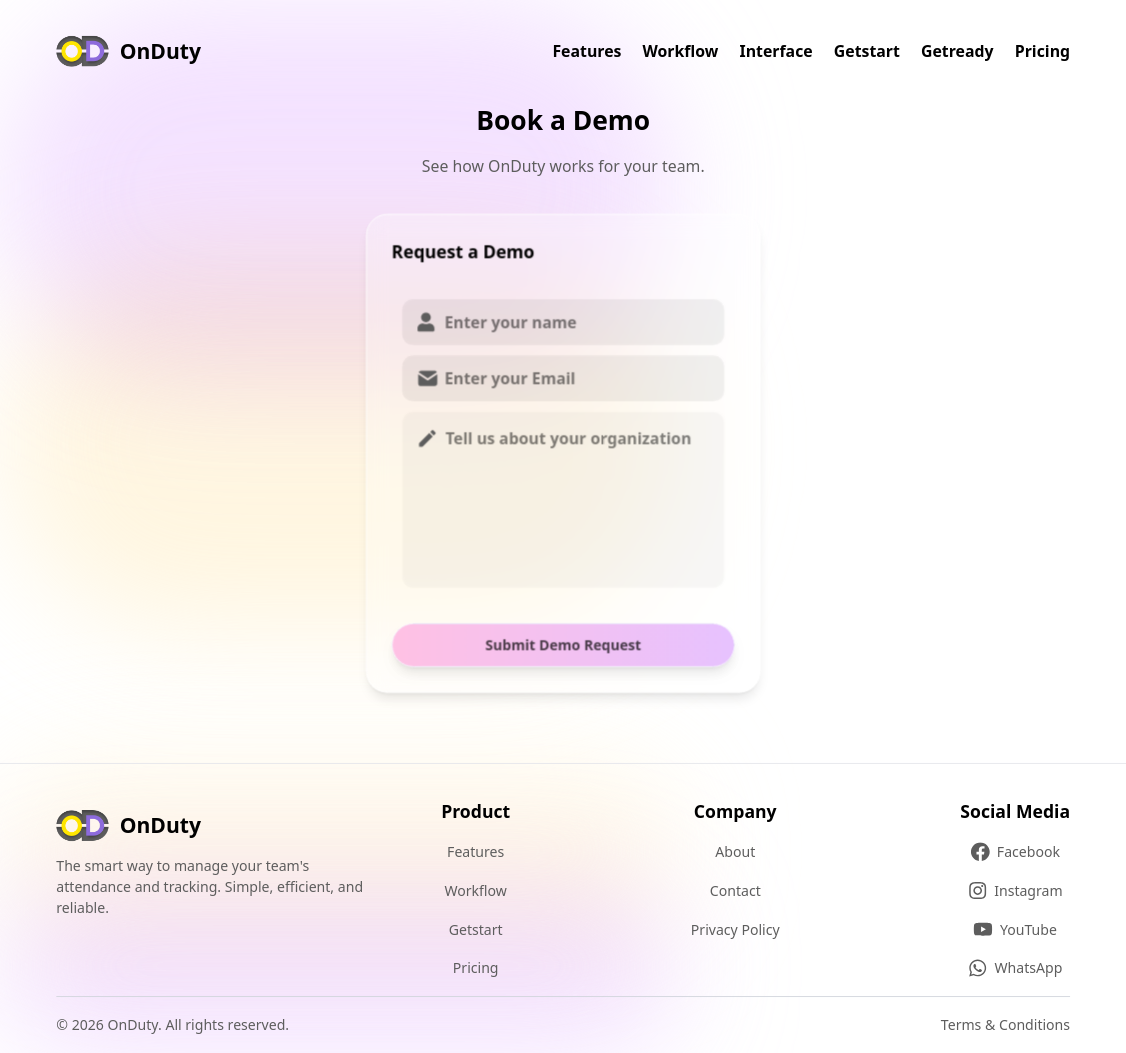
Repository: shekharzorin/ONDUTY-V1
Page: /bookdemo
The author's editor kept a copy of each file at every save. The page is drawn from the files as they stood at one save, then again after the next save.
The browser window is 1280 px wide. The pictures show the whole page, at 88% of full size.
The project was rebuilt for these pictures with package versions that can differ from the ones it lists, and the page was loaded fresh each time. The framework's server and built-in components were replaced by stand-ins that run in the browser. Also part of the build but not shown: next.config.mjs, vite.config.js, app/components/ui/Crossicon.tsx.

Above is the page before, as saved 2026-01-17 18:14:03.

### app/layout.tsx
import type { Metadata } from "next";
import { Geist, Geist_Mono } from "next/font/google";
import "./globals.css";
import Navbar from "./components/header/Navbar";

const geistSans = Geist({
  variable: "--font-geist-sans",
  subsets: ["latin"],
});

const geistMono = Geist_Mono({
  variable: "--font-geist-mono",
  subsets: ["latin"],
});

export const metadata: Metadata = {
  title: "Create Next App",
  description: "Generated by create next app",
};

export default function RootLayout({
  children,
}: Readonly<{
  children: React.ReactNode;
}>) {
  return (
    <html lang="en">
      <body
        className={`${geistSans.variable} ${geistMono.variable} antialiased`}
      >
        <Navbar />
        {children}
      </body>
    </html>
  );
}

### app/bookdemo/page.tsx
import Footer from "../components/footer/footer";
import Bookdemo from "../components/sections/bookdemo";

const page = () => {
  return (
    <div className="flex flex-col">
      <Bookdemo />
      <Footer />
    </div>
  );
};

export default page;

### app/globals.css
@import "tailwindcss";

:root {
  --color-primary: #8d6bdc;
  --color-secondary: #e0d4ff;
  --color-bg: #efefef;
  --color-sidebar: #ffffff;
  --color-gray: #5d5d5d;
}

html {
  scroll-behavior: smooth;
}




.flip-card {
  perspective: 1000px;
}

.flip-card-inner {
  transform-style: preserve-3d;
}

.flip-card-front,
.flip-card-back {
  position: absolute;
  width:auto;
  height:auto;
  backface-visibility: hidden;
}

.flip-card-back {
  transform: rotateY(180deg);
}

### app/components/header/Navbar.tsx
"use client";

import Logo from "@/public/images/od_logo.png";
import Image from "next/image";
import Link from "next/link";
import { usePathname } from "next/navigation";
import { useEffect, useState } from "react";
import { MdMenu } from "react-icons/md";
import { motion, AnimatePresence } from "framer-motion";
import { useRouter } from "next/navigation";
import Crossicon from "../ui/Crossicon";

export const navLinks = [
  { name: "Features", id: "features" },
  { name: "Workflow", id: "workflow" },
  { name: "Interface", id: "interface" },
  { name: "Getstart", id: "getstart" },
  { name: "Getready", id: "getready" },
  { name: "Pricing", path: "/pricing/" },
];

const Navbar = () => {
  const pathname = usePathname();
  const [isScrolled, setIsScrolled] = useState(false);
  const [isNavOpen, setIsNavOpen] = useState(false);
  const router = useRouter();
  const [activeSection, setActiveSection] = useState<string | null>(null);

  const handleScrollNav = (id: string) => {
    setActiveSection(id);
    router.push(`/#${id}`);
  };

  useEffect(() => {
    if (pathname !== "/") {
      setActiveSection(null);
    }
  }, [pathname]);

  useEffect(() => {
    if (pathname !== "/") return;
    const hash = window.location.hash.replace("#", "");
    if (hash) {
      setActiveSection(hash);
    } else {
      setActiveSection("features");
    }
  }, [pathname]);

  useEffect(() => {
    const handleScroll = () => setIsScrolled(window.scrollY > 20);
    window.addEventListener("scroll", handleScroll);
    return () => window.removeEventListener("scroll", handleScroll);
  }, []);

  useEffect(() => {
    if (isNavOpen) {
      document.body.style.overflow = "hidden";
    } else {
      document.body.style.overflow = "";
    }
    return () => {
      document.body.style.overflow = "";
    };
  }, [isNavOpen]);

  useEffect(() => {
    if (pathname !== "/") return;

    const sections = [
      "features",
      "workflow",
      "interface",
      "getready",
      "getstart",
    ];
    let locked = true;

    const unlock = () => (locked = false);
    window.addEventListener("scroll", unlock, { once: true });

    const observer = new IntersectionObserver(
      (entries) => {
        if (locked) return;

        entries.forEach((entry) => {
          if (entry.isIntersecting) {
            const id = entry.target.id;

            // 1️⃣ Update active state
            setActiveSection(id);

            // 2️⃣ Update URL hash WITHOUT navigation
            router.replace(`/#${id}`, { scroll: false });
          }
        });
      },
      {
        rootMargin: "-45% 0px -45% 0px",
        threshold: 0,
      }
    );

    sections.forEach((id) => {
      const el = document.getElementById(id);
      if (el) observer.observe(el);
    });

    return () => observer.disconnect();
  }, [pathname, router]);

  return (
    <header
      className={`fixed top-0 left-0 right-0 z-50 border-b transition-all ${
        isScrolled
          ? "bg-transparent backdrop-blur-md border-white shadow-lg py-0"
          : "bg-transparent border-transparent py-5"
      }`}
    >
      <div className="mx-auto w-full px-4 sm:px-6 md:px-8 lg:px-12 xl:px-16 2xl:px-24 max-w-384 py-2 flex items-center justify-between">
        <div className="flex gap-2 lg:gap-3 items-center">
          <Image
            src={Logo}
            alt="Onduty Logo"
            height={60}
            width={60}
            className="flex h-10 w-10 md:h-12 md:w-12 lg:h-15 lg:w-15"
          />
          <h1 className="text-2xl lg:text-2xl font-bold">OnDuty</h1>
        </div>

        {/* Desktop Navbar */}
        <nav className="hidden lg:flex gap-6">
          {navLinks.map((item) => {
            // SCROLL ITEM
            if (item.id) {
              return (
                <button
                  key={item.id}
                  onClick={() => handleScrollNav(item.id)}
                  className={`relative lg:font-semibold xl:font-bold text-lg transition-colors duration-300
                    after:absolute after:left-0 after:-bottom-1 after:h-1
                    after:rounded-full after:bg-(--color-primary)
                    after:transition-all after:duration-300
                    ${
                      activeSection === item.id && pathname === "/"
                        ? "text-(--color-primary)"
                        : "after:w-0 hover:after:w-full"
                    }
                  `}
                >
                  {item.name}
                </button>
              );
            }

            // ROUTE ITEM
            const isActive = pathname === item.path;

            return (
              <Link
                key={item.path}
                href={item.path!}
                className={`relative lg:font-semibold xl:font-bold text-lg transition-colors duration-300
                  after:absolute after:left-0 after:-bottom-1 after:h-1
                  after:rounded-full after:bg-(--color-primary)
                  after:transition-all after:duration-300
                  ${
                    isActive
                      ? "text-(--color-primary)"
                      : "after:w-0 hover:after:w-full"
                  }
                `}
              >
                {item.name}
              </Link>
            );
          })}
        </nav>

        <div className="lg:hidden gap-3">
          <div
            onClick={() => setIsNavOpen(true)}
            className="flex p-1 lg:hidden bg-(--color-secondary) rounded-full border-white border justify-center items-center"
          >
            <MdMenu size={28} className="opacity-10 animate-pulse" />
          </div>

          <AnimatePresence>
            {isNavOpen && (
              <motion.div
                className="fixed inset-0 backdrop-blur-sm bg-black/30 flex justify-end h-screen"
                initial={{ opacity: 0 }}
                animate={{ opacity: 1 }}
                exit={{ opacity: 1 }}
                transition={{ duration: 0.6 }}
              >
                {/* Drawer */}
                <motion.div
                  className="relative w-[70%] md:w-[60%] bg-(--color-sidebar) h-full flex items-center"
                  initial={{ x: "100%" }}
                  animate={{ x: 0 }}
                  exit={{ x: "100%" }}
                  onClick={(e: any) => e.stopPropagation()}
                  transition={{
                    duration: 0.35,
                    ease: "easeInOut",
                  }}
                >
                  {/* Close button */}
                  <div className="flex absolute top-7.25 right-4 md:right-8 lg:hidden z-20 ">
                    <Crossicon onClick={() => setIsNavOpen(false)} />
                  </div>

                  {/* Mobile Navbar */}
                  <nav className="flex flex-col gap-10 p-10 mt-10 w-full">
                    {navLinks.map((item) => {
                      if (item.id) {
                        return (
                          <button
                            key={item.id}
                            onClick={() => {
                              handleScrollNav(item.id);
                              setIsNavOpen(false);
                            }}
                            className={`py-2 w-full relative text-lg font-semibold md:font-bold text-left transition-colors
                              ${
                                activeSection === item.id && pathname === "/"
                                  ? "text-(--color-primary)"
                                  : "text-black/80 hover:text-(--color-primary)"
                              }
                            `}
                          >
                            {item.name}
                          </button>
                        );
                      }

                      const isActive = pathname === item.path;

                      return (
                        <Link
                          key={item.path}
                          href={item.path!}
                          onClick={() => setIsNavOpen(false)}
                          className={`relative text-lg font-semibold md:font-bold py-2
                            ${isActive ? "text-(--color-primary)" : ""}
                          `}
                        >
                          {item.name}
                        </Link>
                      );
                    })}
                  </nav>
                </motion.div>
              </motion.div>
            )}
          </AnimatePresence>
        </div>
      </div>
    </header>
  );
};

export default Navbar;

### app/components/footer/footer.tsx
import Image from "next/image";
import Logo from "@/public/images/od_logo.png";
import Link from "next/link";
import { FaFacebook, FaInstagram, FaWhatsapp, FaYoutube } from "react-icons/fa";
import { ReactNode } from "react";

type FooterLink = {
  label: string;
  href: string;
  external?: boolean;
  icon?: ReactNode;
};

type FooterSection = {
  title: string;
  links: FooterLink[];
};

const footerLinks: FooterSection[] = [
  {
    title: "Product",
    links: [
      { label: "Features", href: "/#features" },
      { label: "Workflow", href: "/#workflow" },
      { label: "Getstart", href: "/#getstart" },
      { label: "Pricing", href: "/pricing/" },
    ],
  },
  {
    title: "Company",
    links: [
      { label: "About", href: "/about" },
      { label: "Contact", href: "/contact" },
      { label: "Privacy Policy", href: "/privacy&policy" },
    ],
  },
  {
    title: "Social Media",
    links: [
      {
        label: "Facebook",
        href: "https://www.facebook.com",
        external: true,
        icon: <FaFacebook size={22} />,
      },
      {
        label: "Instagram",
        href: "https://www.instagram.com",
        external: true,
        icon: <FaInstagram size={22} />,
      },
      {
        label: "YouTube",
        href: "https://www.youtube.com",
        external: true,
        icon: <FaYoutube size={22} />,
      },
      {
        label: "WhatsApp",
        href: "https://www.whatsapp.com",
        external: true,
        icon: <FaWhatsapp size={22} />,
      },
    ],
  },
];

const Footer = () => {
  return (
    <section
      id="footer"
      className="relative px-4 sm:px-6 md:px-8 lg:px-12 xl:px-16 2xl:px-24 max-w-384 w-full border-t border-gray-200"
    >
      {/* Background flare */}
      <div className="absolute top-0 left-1/2 -translate-x-1/2 w-full h-full max-w-7xl pointer-events-none -z-10">
        <div className="absolute bottom-0 w-[60%] h-[60%] bg-[#eccfff] rounded-full blur-3xl opacity-60 mix-blend-multiply filter" />
        <div className="absolute top-0 w-[60%] h-[60%] bg-[#fff4da] rounded-full blur-3xl opacity-60 mix-blend-multiply filter" />
      </div>

      <div className="flex flex-col pt-3 lg:pt-10 lg:flex-row lg:justify-between gap-5 lg:gap-20">
        <div className="flex flex-col gap-1 w-full lg:w-[50%]">
          <div className="flex gap-2 lg:gap-3 items-center">
            <Image
              src={Logo}
              alt="Onduty Logo"
              height={60}
              width={60}
              className="flex h-10 w-10 md:h-12 md:w-12 lg:h-15 lg:w-15"
            />
            <h1 className="text-2xl lg:text-2xl font-bold">OnDuty</h1>
          </div>
          <p className="text-(--color-gray)">
            The smart way to manage your team's attendance and tracking. Simple,
            efficient, and reliable.
          </p>
        </div>

        <div className="flex flex-wrap text-(--color-gray) justify-between w-full gap-5 lg:px-0 text-center">
          {footerLinks.map((section) => (
            <div key={section.title} className="flex flex-col gap-5">
              <p className="text-black text-lg lg:text-xl font-semibold">
                {section.title}
              </p>

              {section.links.map((link) => (
                <Link
                  key={link.label}
                  href={link.href}
                  target={link.external === true ? "_blank" : undefined}
                  rel={
                    link.external === true ? "noopener noreferrer" : undefined
                  }
                  className="hover:text-(--color-primary) transition"
                >
                  <p className="flex items-center gap-2 justify-center">
                    {link.icon}
                    {link.label}
                  </p>
                </Link>
              ))}
            </div>
          ))}
        </div>
      </div>

      <hr className="text-gray-300 mt-5" />
      <div className="text-(--color-gray) flex flex-col md:flex-row md:justify-between gap-5 my-5">
        <p>© 2026 OnDuty. All rights reserved.</p>
        <Link href="#">
          <p>Terms & Conditions</p>
        </Link>
      </div>
    </section>
  );
};

export default Footer;

### app/components/sections/bookdemo.tsx
"use client";

import { FaUser } from "react-icons/fa";
import { TbMailFilled } from "react-icons/tb";
import Inputbox from "../ui/Inputbox";
import { useState } from "react";
import { MdEdit } from "react-icons/md";
import Button from "../ui/Button";
import { motion } from "framer-motion";

const Bookdemo = () => {
  const [form, setForm] = useState({
    name: "",
    email: "",
    message: "",
  });

  const handleChange = (field: string, value: string) => {
    setForm((prev) => ({ ...prev, [field]: value }));
    console.log(form);
  };

  return (
    <section className="flex flex-col gap-10 pb-20 px-4 sm:px-6 md:px-8 lg:px-12 xl:px-16 2xl:px-24 max-w-384 mx-auto items-center justify-center w-full">
      {/* Background flare */}
      <div className="absolute top-0 left-1/2 -translate-x-1/2 w-full h-full max-w-7xl pointer-events-none -z-10">
        <div className="absolute top-0 w-[60%] h-[60%] bg-[#eccfff] rounded-full blur-3xl opacity-60 mix-blend-multiply filter" />
        <div className="absolute bottom-0 w-[60%] h-[60%] bg-[#fff0cd] rounded-full blur-3xl opacity-60 mix-blend-multiply filter" />
      </div>

      <div className="flex flex-col items-center justify-center mt-30 text-center gap-5">
        <p className="text-2xl lg:text-3xl font-bold leading-[1.15] lg:text-balance justify-center items-center">
          Book a Demo
        </p>
        <p className="md:text-lg text-(--color-gray)">
          See how OnDuty works for your team.
        </p>
      </div>

      <motion.div
        initial={{ opacity: 0, scale: 0.5 }}
        animate={{ opacity: 1, scale: 1 }}
        transition={{ type: "spring", stiffness: 100, damping: 20 }}
        className="backdrop-blur-md border border-white bg-white/30 shadow-lg rounded-3xl p-7 flex flex-col gap-10 justify-center w-full max-w-md"
      >
        <p className="font-bold text-xl">Request a Demo</p>

        <form
          className="flex flex-col w-full h-full px-3 gap-3 items-center"
          onSubmit={(e) => e.preventDefault()}
        >
          <Inputbox
            icon={<FaUser size={22} />}
            value={form.name}
            onChange={(v) => handleChange("name", v)}
            placeholder="Enter your name"
            className="rounded-xl bg-black/3 font-semibold md:text-lg text-black"
          />
          <Inputbox
            icon={<TbMailFilled size={26} />}
            type="email"
            value={form.email}
            onChange={(v) => handleChange("email", v)}
            placeholder="Enter your Email"
            className="rounded-xl bg-black/3 font-semibold md:text-lg text-black"
          />

          <div className="flex w-full p-4 bg-black/3 rounded-xl gap-2 text-(--color-gray)">
            <MdEdit size={28} />
            <textarea
              placeholder="Tell us about your organization"
              rows={6}
              className="w-full font-semibold md:text-lg text-black outline-none resize-none"
              value={form.message}
              onChange={(v) => handleChange("message", v.target.value)}
            />
          </div>
        </form>

        <Button
          title="Submit Demo Request"
          onClick={() => {}}
          className="
            border border-white p-3 w-full rounded-full
            bg-linear-to-r from-[#ffc1e4] to-[#e7c2ff]
            hover:animate-pulse text-black/70"
        />
      </motion.div>
    </section>
  );
};

export default Bookdemo;

### app/components/ui/Inputbox.tsx
import React, { useState } from "react";
import {IoMdEye, IoMdEyeOff } from "react-icons/io";

interface InputBoxProps {
  icon?: React.ReactNode;
  placeholder?: string;
  type?: string;
  value: string;
  onChange: (value: string) => void;
  required?: boolean;
  disabled?: boolean;
  error?: string;
  className?: string;

  inputMode?: React.HTMLAttributes<HTMLInputElement>["inputMode"];
  autoCapitalize?: "none" | "sentences" | "words" | "characters";
  autoCorrect?: "on" | "off";
  maxLength?: number;
  pattern?: string;
}


const Inputbox = ({
  icon,
  placeholder = "",
  type = "text",
  value,
  onChange,
  disabled = false,
  className = "",
}: InputBoxProps) => {
  const [showPassword, setShowPassword] = useState(false);

  const isPassword = type === "password";
  const inputType = isPassword && showPassword ? "text" : type;

  return (
    <div className={ `flex flex-col gap-1 w-full bg-(--color-sidebar) ${className}`}>
      <div className="relative flex items-center">

        {icon && (
          <span className="absolute left-4 text-(--color-gray) justify-center items-center">
            {icon}
          </span>
        )}

        <input
          type={inputType}
          placeholder={placeholder}
          value={value}
          onChange={(e) => onChange(e.target.value)}
          disabled={disabled}
          className={`w-full px-5 py-3  pl-12 pr-12 outline-none transition-all font-medium text-(--color-gray) ${
            disabled ? "bg-gray-100" : ""
          } ${className}`}
        />

        {isPassword && (
          <button
            type="button"
            onClick={() => setShowPassword(!showPassword)}
            className="absolute right-4 top-1/2 -translate-y-1/2 text-(--color-gray)"
          >
            {showPassword ? <IoMdEye size={28} /> : <IoMdEyeOff size={28} />}
          </button>
        )}
      </div>
    </div>
  );
};

export default Inputbox;

### app/components/ui/Button.tsx
import { ReactNode } from "react";

interface ButtonProps {
  title: string;
  onClick: () => void;
  type?: "button" | "submit";
  disabled?: boolean;

  /* 🔹 Optional Icon */
  icon?: ReactNode;
  iconPosition?: "left" | "right";

  /* 🔹 External Styles */
  className?: string;
}

const Button = ({
  title,
  onClick,
  type = "button",
  disabled = false,
  icon,
  iconPosition = "left",
  className = "",
}: ButtonProps) => {
  return (
    <button
      type={type}
      onClick={!disabled ? onClick : undefined}
      disabled={disabled}
      className={`
        group
        font-bold shadow-lg
        transition-all transform
        flex items-center justify-center gap-2
        duration-300
        ${
          disabled
            ? "bg-(--color-gray) text-(--color-sidebar) cursor-not-allowed opacity-70 transition-all duration-300"
            : "bg-(--color-primary) text-(--color-sidebar) hover:bg-(--color-secondary) hover:scale-105 hover:text-black cursor-pointer transition-all duration-300"
        }

        ${className}
      `}
    >
      {/* ICON LEFT */}
      {icon && iconPosition === "left" && (
        <span className="button-icon flex items-center">{icon}</span>
      )}

      <span>{title}</span>

      {/* ICON RIGHT */}
      {icon && iconPosition === "right" && (
        <span className="button-icon flex items-center">{icon}</span>
      )}
    </button>
  );
};

export default Button;

After the next save:
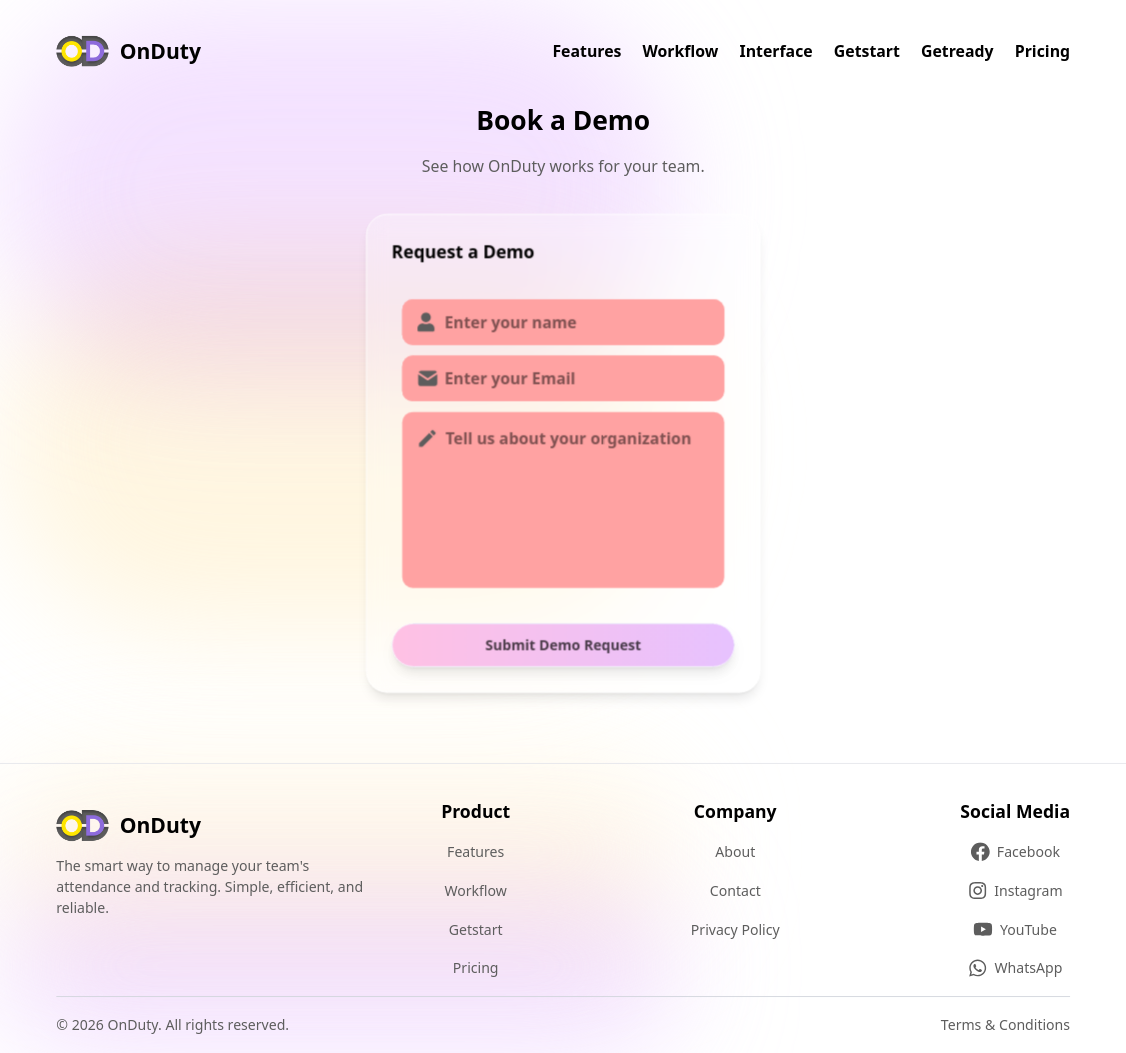
Saved 36 s later.
--- a/app/components/sections/bookdemo.tsx
+++ b/app/components/sections/bookdemo.tsx
@@ -54,7 +54,7 @@ const Bookdemo = () => {
             value={form.name}
             onChange={(v) => handleChange("name", v)}
             placeholder="Enter your name"
-            className="rounded-xl bg-black/3 font-semibold md:text-lg text-black"
+            className="rounded-xl bg-red-300 font-semibold md:text-lg text-black"
           />
           <Inputbox
             icon={<TbMailFilled size={26} />}
@@ -62,10 +62,10 @@ const Bookdemo = () => {
             value={form.email}
             onChange={(v) => handleChange("email", v)}
             placeholder="Enter your Email"
-            className="rounded-xl bg-black/3 font-semibold md:text-lg text-black"
+            className="rounded-xl bg-red-300 font-semibold md:text-lg text-black"
           />
 
-          <div className="flex w-full p-4 bg-black/3 rounded-xl gap-2 text-(--color-gray)">
+          <div className="flex w-full p-4 bg-red-300 rounded-xl gap-2 text-(--color-gray)">
             <MdEdit size={28} />
             <textarea
               placeholder="Tell us about your organization"
